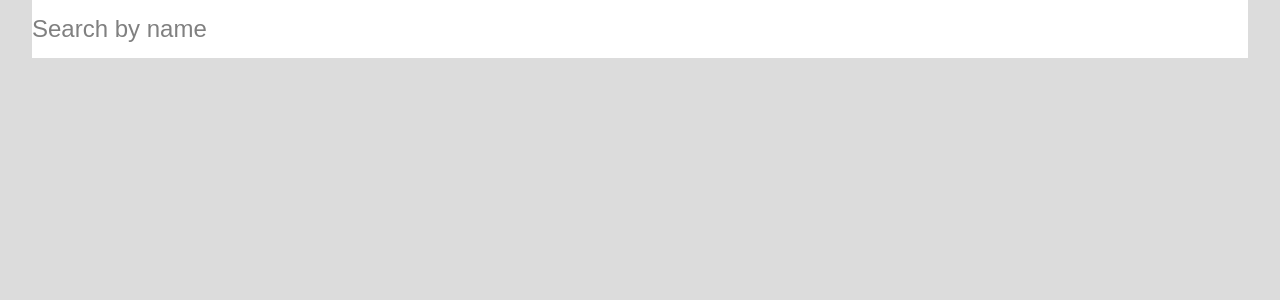
Repository: randysteele/randy-steele-hatchways-assessment-frontend
Page: /
These files come from the project's save history. The page is drawn as it stood at one moment and after the next save; the edit follows.
The browser window is 1280 px wide. The pictures show the whole page.
The page's requests for data from a server got no answer. The project was rebuilt for these pictures with package versions that can differ from the ones it lists, and the page was loaded fresh each time. No one was signed in, and anything a server would have sent is missing.

Above is the page before, as saved 2020-11-27 14:57:31.

### src/index.js
import React from 'react';
import ReactDOM from 'react-dom';
import './index.css';
import App from './App';
import reportWebVitals from './reportWebVitals';
// import StudentList from './StudentList';

ReactDOM.render(
  <React.StrictMode>
    <App />
  </React.StrictMode>,
  document.getElementById('root')
);

// If you want to start measuring performance in your app, pass a function
// to log results (for example: reportWebVitals(console.log))
// or send to an analytics endpoint. Learn more: https://bit.ly/CRA-vitals
reportWebVitals();

### src/App.js
import './App.css';
import axios from 'axios';
import StudentList from './StudentList';


// componentDidMount = () => {
//   axios.get(`https://api.hatchways.io/assessment/students/`)
//     .then(res =>  {
//       const students = res.data.students;
//       this.setState({students});
//     })
//   }


function App() {
  return (
    <div className="App">
    <StudentList />
    </div>
  );
}

export default App;

### src/App.css
article,aside,details,figcaption,figure,footer,header,hgroup,nav,section,summary{display:block;}audio,canvas,video{display:inline-block;}audio:not([controls]){display:none;height:0;}[hidden]{display:none;}html{font-family:sans-serif;-webkit-text-size-adjust:100%;-ms-text-size-adjust:100%;}a:focus{outline:thin dotted;}a:active,a:hover{outline:0;}h1{font-size:2em;}abbr[title]{border-bottom:1px dotted;}b,strong{font-weight:700;}dfn{font-style:italic;}mark{background:#ff0;color:#000;}code,kbd,pre,samp{font-family:monospace, serif;font-size:1em;}pre{white-space:pre-wrap;word-wrap:break-word;}q{quotes:\201C \201D \2018 \2019;}small{font-size:80%;}sub,sup{font-size:75%;line-height:0;position:relative;vertical-align:baseline;}sup{top:-.5em;}sub{bottom:-.25em;}img{border:0;}svg:not(:root){overflow:hidden;}fieldset{border:1px solid silver;margin:0 2px;padding:.35em .625em .75em;}button,input,select,textarea{font-family:inherit;font-size:100%;margin:0;}button,input{line-height:normal;}button,html input[type=button],/* 1 */input[type=reset],input[type=submit]{-webkit-appearance:button;cursor:pointer;}button[disabled],input[disabled]{cursor:default;}input[type=checkbox],input[type=radio]{box-sizing:border-box;padding:0;}input[type=search]{-webkit-appearance:textfield;-moz-box-sizing:content-box;-webkit-box-sizing:content-box;box-sizing:content-box;}input[type=search]::-webkit-search-cancel-button,input[type=search]::-webkit-search-decoration{-webkit-appearance:none;}textarea{overflow:auto;vertical-align:top;}table{border-collapse:collapse;border-spacing:0;}body,figure{margin:0;}legend,button::-moz-focus-inner,input::-moz-focus-inner{border:0;padding:0;}

.clearfix:after {visibility: hidden; display: block; font-size: 0; content: ''; clear: both; height: 0; }

* { -moz-box-sizing: border-box; -webkit-box-sizing: border-box; box-sizing: border-box; }

body {
  font-family: 'Raleway', sans-serif;
  line-height: 0.8;
  background-color: gainsboro;
  color: grey;
}

.StudentList {
  background-color: white;
  width: 800px;
  min-height: 400px;
  max-height: 600px;
  overflow: hidden;
  overflow-y: scroll;
  margin: 50px auto;
  border-radius: 15px;
  box-shadow: grey 0px 4px 4px;
  position: relative;
}

.searchForm {
  width: 100%;
  text-align: center;
}

input {
  border: 0;
  border-bottom: solid 1px gainsboro;
  font-size: 1.5rem;
  font-family: 'Raleway', sans-serif;
}

.searchForm input {
  width: 95%;
  padding: 15px 0;
  margin: 0 auto;
}

input:focus {
  outline: none;
  border-bottom: solid 1px black;
}

input::placeholder {
  color: grey;
}

.student {
  border-bottom: solid 1px gainsboro;
  display: flex;
  padding-left: 30px;
}

.student:last-child {
  border-bottom: solid 1px transparent;
}

.student .robotAvatar {
  width: 120px;
  height: 120px;
  border-radius: 50%;
  border: solid 1px grey;
  margin-right: 20px;
  margin-top: 15px;
}

.studentName {
  text-transform: uppercase;
  color: black;
  font-size: 1.5rem;
  font-weight: 700;
}

.infoIndented {
  padding-left: 25px;
}

.buttonHolder {
  position: absolute;
  right: 15px;
  padding-top: 15px;
}

.buttonHolder button {
  border: 0;
  background-color: inherit;
}

.buttonHolder button:focus {
  outline: none;
}

.buttonHolder i {
  font-size: 1.5rem;
  color: grey;
}

.grade {
  padding-left: 15px;
}

.gradeList {
  line-height: 0.2;
  padding-top: px;
}

.tagButton {
  border: 0;
  border-radius: 5px;
  background-color: gainsboro;
  padding: 10px 20px;
}

.tagForm {
  width: 200px;
  padding-top: 0;
  padding-bottom: 15px;
}

.tagForm input {
  width: 100%;
  padding: 7px 0px;
  font-size: 1rem;
}

.tag {
  color: black;
  background-color: gainsboro;
  border-radius: 7px;
  display: inline-block;
  margin-right: 10px;
  padding: 10px;
}

### src/StudentList.js
import React from 'react';
import axios from 'axios';


export default class StudentList extends React.Component {

state = {
    students:  []
}


    // Average() {
    //   const grades = this.state.students.grades
    //   const sum = grades.reduce(a, b)
    //   const average = `${(sum / (grades.length))}%`
    // }}


    componentDidMount() {
        axios.get(`https://api.hatchways.io/assessment/students/`)
          .then(res =>  {
            const students = res.data.students;
            this.setState({students});
          })
      }


    //   sum = this.state.students.grades.reduce((previous, current) => current += previous);
    //   avg = sum / this.state.students.grades.length

    //   average(grades){
    //       return grades.reduce((a, b) => ( a + b) ) / this.state.students.grades.length
    //   }

    // calcAverage = (grades) => {
    //     var sum = 0;
    //     grades.forEach ((grade) => {
    //     sum += parseInt(grade); });
    //     return sum / grades.length;
    // }

      handleNameChange = (event) => {
          this.setState({
              [event.target.name]: event.target.value
          })
      }



      render() {
        return (
            <div>
                {this.state.students.map(student => <li> {student.pic} {student.firstName} {student.lastName} <br></br> Email: {student.email} <br></br>Company: {student.company} <br></br>Skill: {student.skill} <br></br> </li>)}
                {/* Average: {this.props.students.average} */}
                {/* {this.state.students.grades.reduce((previous, current) => current += previous / this.state.students.grades.length)} */}
                <form action="" className="searchForm">
                <input type="text" placeholder="Search by name" onChange={this.handleNameChange}/>

                </form>
            </div>
        )

        // Average: {student.grades.reduce((previous, current) => current += previous) / student.grades.length}</li>)}
    }

}

Loaded but not shown: public/index.html (common file); src/index.css (common file); src/reportWebVitals.js (common file)

After the next save:
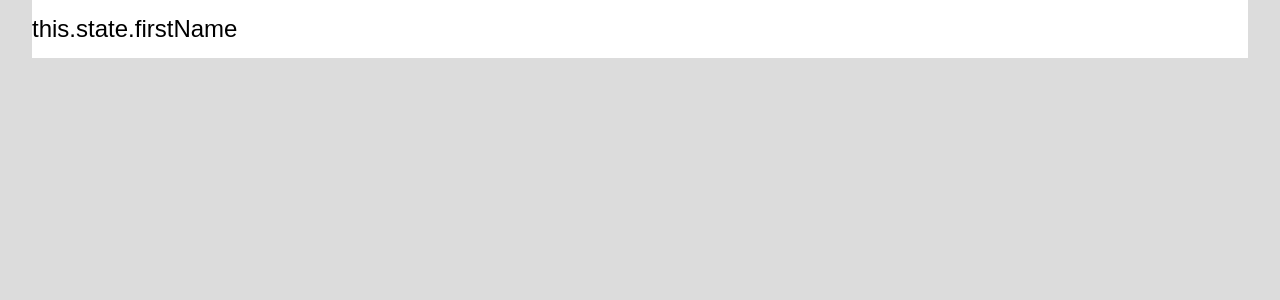
Saved 3 min 48 s later.
--- a/src/StudentList.js
+++ b/src/StudentList.js
@@ -54,7 +54,7 @@
                 {/* Average: {this.props.students.average} */}
                 {/* {this.state.students.grades.reduce((previous, current) => current += previous / this.state.students.grades.length)} */}
                 <form action="" className="searchForm">
-                <input type="text" placeholder="Search by name" onChange={this.handleNameChange}/>
+                <input type="text" name="student.firstName" value = "this.state.firstName" placeholder="Search by name" onChange={this.handleNameChange}/>
 
                 </form>
             </div>

After the save that followed:
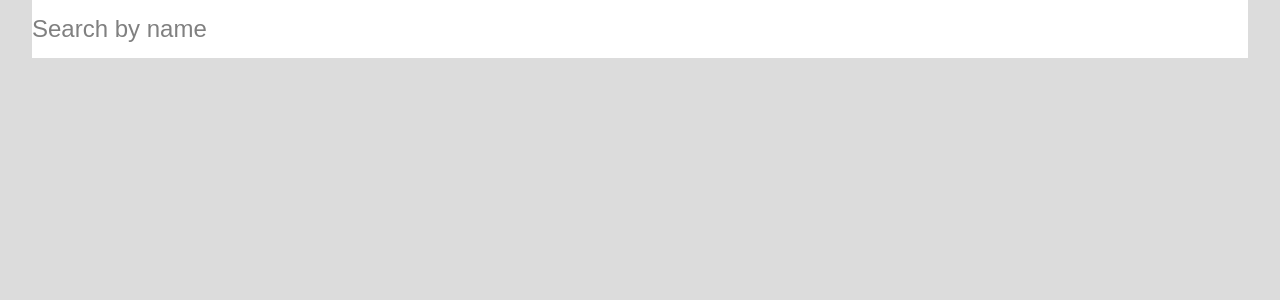
Saved 3 min 12 s later.
--- a/src/StudentList.js
+++ b/src/StudentList.js
@@ -54,7 +54,7 @@
                 {/* Average: {this.props.students.average} */}
                 {/* {this.state.students.grades.reduce((previous, current) => current += previous / this.state.students.grades.length)} */}
                 <form action="" className="searchForm">
-                <input type="text" name="student.firstName" value = "this.state.firstName" placeholder="Search by name" onChange={this.handleNameChange}/>
+                <input type="text" name="student.firstName" value = {this.state.firstName }placeholder="Search by name" onChange={this.handleNameChange}/>
 
                 </form>
             </div>
